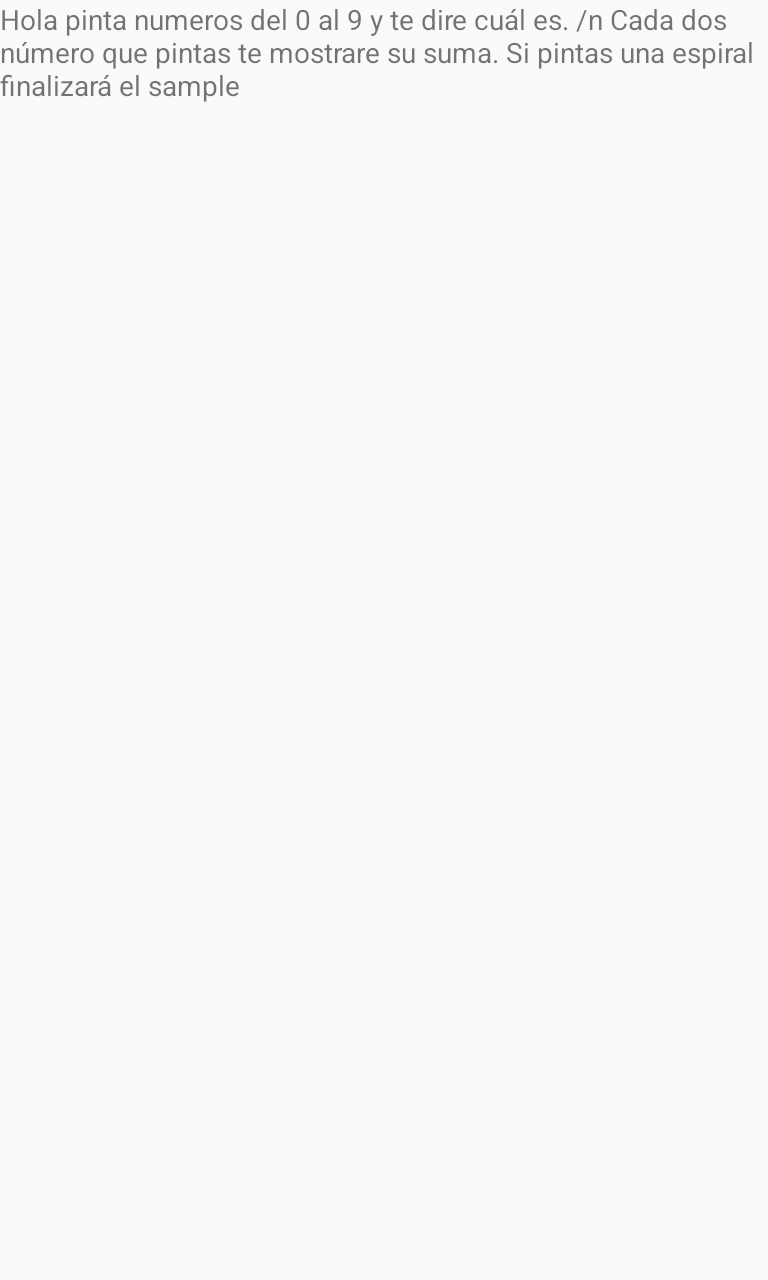
Repository: Jick9536/NPI-P3
Layout: Gesto2/res/layout/activity_main_activity2.xml
These files come from the project's save history. The layout is drawn as it stood at one moment and after the next save; the edit follows.
It is drawn on a 768 x 1280 px phone screen (xhdpi) without system bars, with theme AppTheme; the app's code is not run.

Above is the layout before, as saved 2015-01-03 18:52:46.

After the next save:
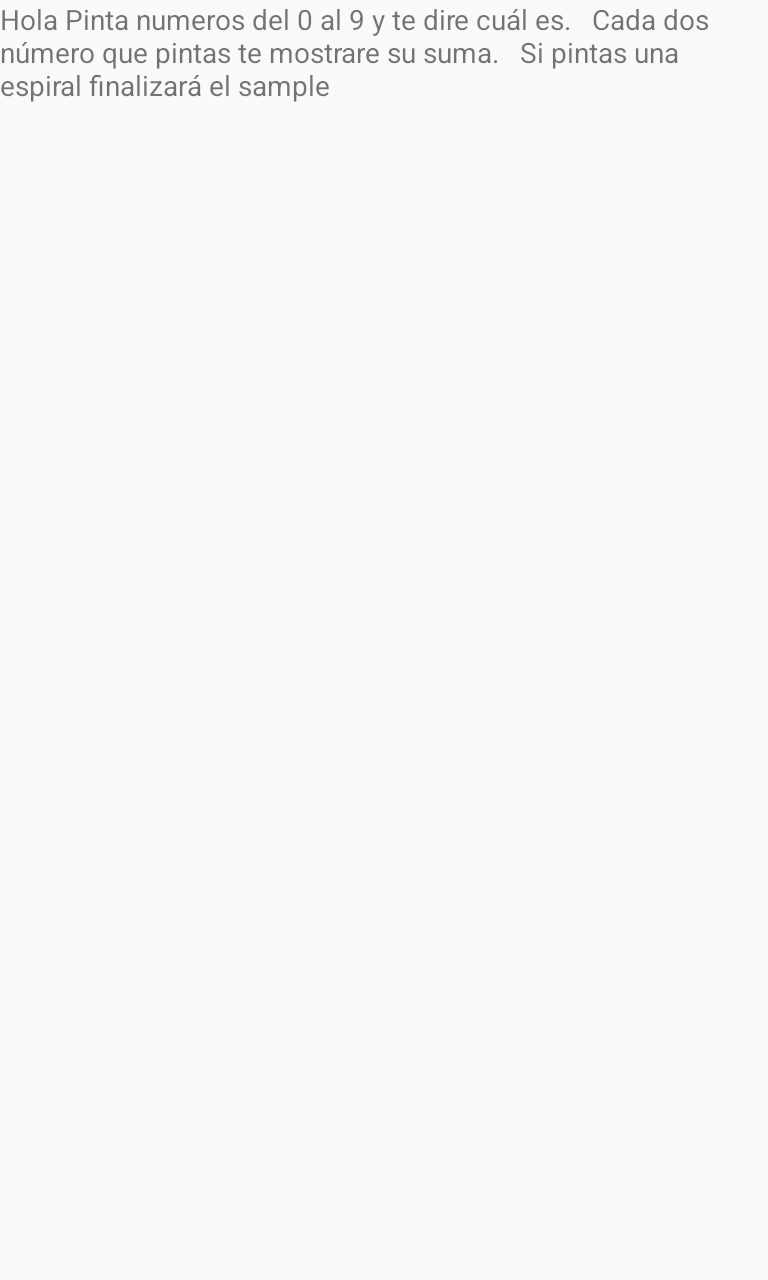
Saved 71 s later.
--- a/Gesto2/res/layout/activity_main_activity2.xml
+++ b/Gesto2/res/layout/activity_main_activity2.xml
@@ -13,6 +13,11 @@ android:layout_weight="1.0" />
 <TextView
 android:layout_width="match_parent"
 android:layout_height="match_parent"
-android:text="Hola pinta numeros del 0 al 9 y te dire cuál es. /n Cada dos número que pintas te mostrare su suma. Si pintas una espiral finalizará el sample" />
+android:text="Hola
+Pinta numeros del 0 al 9 y te dire cuál es.
+
+Cada dos número que pintas te mostrare su suma.
+
+Si pintas una espiral finalizará el sample" />
 
 </LinearLayout>
